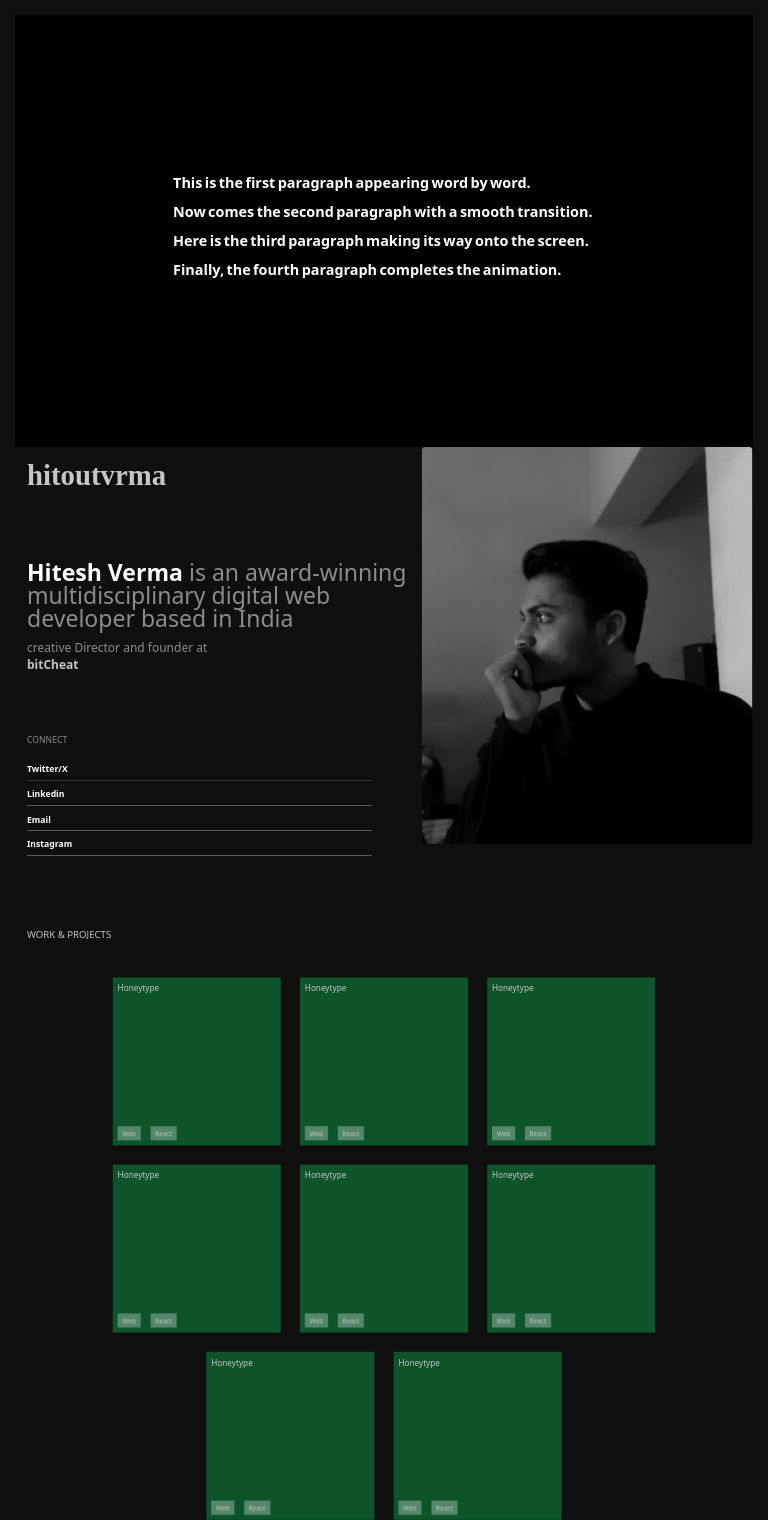
Repository: hitoutvrma/portfolio
Page: /
These files come from the project's save history. The page is drawn as it stood at one moment and after a run of saves; the edit follows.
The browser window is 1280 px wide. The pictures show the whole page, at 60% of full size.
The project was rebuilt for these pictures with package versions that can differ from the ones it lists, and the page was loaded fresh each time. Also part of the build but not shown: vite.config.js.

Above is the page before, as saved 2025-03-08 11:15:03.

### src/index.css
@import "tailwindcss";
body{
    background-color: #0f0f0f;
    color: #c8c6c4;
    padding: 25px;
}

### src/App.jsx
import React from 'react'
import Front from './Components/Front'
import Work from './Components/Work'
import AnimatedParagraph from './Components/AnimatedParagraph'

function App() {
  return (
    <div className=''>
      <AnimatedParagraph/>
      <Front/>
      <Work/>
    </div>
  )
}

export default App

### src/Components/Front.jsx
import React from 'react'
import {animate, hover, motion} from 'framer-motion'
import AnimatedParagraph from './AnimatedParagraph'
function Front() {
  return (
    <div className='sm:h-screen md:h-screen'>
    <div className="sm:flex">
      <div className='hero sm:p-5 sm:text-[3vw] text-[8vw]  sm:w-[53vw]'>
      <logo className='text-4xl sm:text-5xl font-semibold font-[serif]'>hitoutvrma</logo>
        <p className='mt-28 leading-none text-[#8c8c8c]'><span className='text-white font-semibold'>Hitesh Verma</span> is an award-winning multidisciplinary digital web developer based in India</p>

        <div className='text-xl pt-4'>
          <p className='text-[#8c8c8c]'>creative Director and founder at </p>
          <p className='font-semibold'>bitCheat</p>
          {/* <AnimatedParagraph/> */}
        </div>
        <motion.div initial={{opacity:0.1, scaleY:0.5}} animate={{opacity:1, scaleY:1}} transition={{duration:1}} className=' flex sm:text-[2vh] sm:pb-0 pb-12 text-[1.8vh]  sm:pt-25 pt-28 flex-col sm:gap-3 gap-1'>
          <p className='text-[#8c8c8c] pb-4 text-[1.6vh]  sm:text-[2vh]'>CONNECT</p>
          <motion.div
        className="relative w-[90%]  font-bold text-white text-md cursor-pointer"
        initial="initial"
        whileHover="hover"
      >
        <p className='pb-2'>Twitter/X</p>

        {/* Static Gray Line */}
        <div className="absolute left-0 bottom-0 w-full    h-[0.1vh] bg-[#4c4c4c]"></div>

        {/* Animated Green Line */}
        <motion.div
          className="absolute left-0 bottom-0 h-[2px] bg-green-400"
          variants={{
            initial: { width: "0%" },
            hover: { width: "100%" },
            exit: {width: "0%"}
          }}
          transition={{hover: { duration: 2, ease: "easeInOut" },
          exit: { duration: 0.01 } }}
        />
      </motion.div>

      <motion.div
        className="relative w-[90%]  font-bold text-white text-md cursor-pointer"
        initial="initial"
        whileHover="hover"
      >
        <p className='pb-2'>Linkedin</p>

        {/* Static Gray Line */}
        <div className="absolute left-0 bottom-0 w-full    h-[0.1vh] bg-[#8c8c8c]"></div>

        {/* Animated Green Line */}
        <motion.div
          className="absolute left-0 bottom-0 h-[2px] bg-green-400"
          variants={{
            initial: { width: "0%" },
            hover: { width: "100%" },
            exit: {width: "0%"}
          }}
          transition={{hover: { duration: 2, ease: "easeInOut" },
          exit: { duration: 0.01 } }}
        />
      </motion.div>

      <motion.div
        className="relative w-[90%]  font-bold text-white text-md cursor-pointer"
        initial="initial"
        whileHover="hover"
      >
        <p className='pb-2'>Email</p>

        {/* Static Gray Line */}
        <div className="absolute left-0 bottom-0 w-full    h-[0.1vh] bg-[#8c8c8c]"></div>

        {/* Animated Green Line */}
        <motion.div
          className="absolute left-0 bottom-0 h-[2px] bg-green-400"
          variants={{
            initial: { width: "0%" },
            hover: { width: "100%" },
            exit: {width: "0%"}
          }}
          transition={{hover: { duration: 2, ease: "easeInOut" },
          exit: { duration: 0.01 } }}
        />
      </motion.div>

      <motion.div
        className="relative w-[90%]  font-bold text-white text-md cursor-pointer"
        initial="initial"
        whileHover="hover"
      >
        <p className='pb-2'>Instagram</p>

        {/* Static Gray Line */}
        <div className="absolute left-0 bottom-0 w-full    h-[0.1vh] bg-[#8c8c8c]"></div>

        {/* Animated Green Line */}
        <motion.div
          className="absolute left-0 bottom-0 h-[2px] bg-green-400"
          variants={{
            initial: { width: "0%" },
            hover: { width: "100%" },
            exit: {width: "0%"}
          }}
          transition={{hover: { duration: 2, ease: "easeInOut" },
          exit: { duration: 0.01 } }}
        />
      </motion.div>
        </motion.div>
        </div>
        <motion.div initial={{scale:0.6}} transition={{duration:1.5, delay:1}} animate={{scale:1}} style={{ backgroundImage: "url('/user.jpg')" }} className='bg-cover sm:bg-[center_top_60%] bg-[center_top_80%] w-[95%] h-[50vh] sm:w-[43vw] sm:h-[92vh]  bg-[#3a3a3a] rounded-md'>
        </motion.div>
      </div>
        </div>
  )
}

export default Front

### src/Components/Work.jsx
import React from 'react'
import Card from './Card'

function Work() {
  return (
    <div className='h-screen sm:p-5 '>
      <div className='pt-15  pb-15'><p>WORK & PROJECTS</p></div>
      <div className='flex flex-wrap items-center justify-center gap-8'>
        <Card/>
        <Card/>
        <Card/>
        <Card/>
        <Card/>
        <Card/>
        <Card/>
        <Card/>
      </div>
    </div>
  )
}

export default Work

### src/Components/AnimatedParagraph.jsx
import { motion } from "framer-motion";

export default function AnimatedParagraph() {
  const paragraphs = [
    "This is the first paragraph appearing word by word.",
    "Now comes the second paragraph with a smooth transition.",
    "Here is the third paragraph making its way onto the screen.",
    "Finally, the fourth paragraph completes the animation."
  ];

  return (
    <div className="flex justify-center items-center h-screen bg-black text-white p-10 flex-col">
      <motion.div
        initial="hidden"
        animate="visible"
        variants={{
          visible: { transition: { staggerChildren: 1 } }, // Each paragraph appears one after another
        }}
      >
        {paragraphs.map((text, i) => (
          <motion.p
            key={i}
            className="text-2xl font-semibold mb-4"
            variants={{
              hidden: {},
              visible: { transition: { staggerChildren: 0.1 } }, // Words inside appear with delay
            }}
          >
            {text.split(" ").map((word, index) => (
              <motion.span
                key={index}
                className="mr-1 inline-block"
                variants={{
                  hidden: { opacity: 0.05, y: 15 },
                  visible: { opacity: 1, y: 0 },
                }}
                transition={{ duration: 0.4 }}
              >
                {word}
              </motion.span>
            ))}
          </motion.p>
        ))}
      </motion.div>
    </div>
  );
}

### src/Components/Card.jsx
function Card() {
  return (
    <div className="bg-green-900 relative h-90 sm:h-70 sm:w-70 w-90 card">
            <h1 className='p-2 text-[1.9vh]'>Honeytype</h1>
            <footer className='bottom-0  absolute'>
                <button className='m-2 px-2 py-1 backdrop-blur-xl bg-white/30   text-[1.5vh] '>Web</button>
                <button className='m-2 px-2 py-1 backdrop-blur-xl bg-white/30  text-[1.5vh] '>React</button>
                </footer>
        </div>
  )
}

export default Card

Loaded but not shown: index.html (common file); src/main.jsx (common file)

After the next 2 saves:
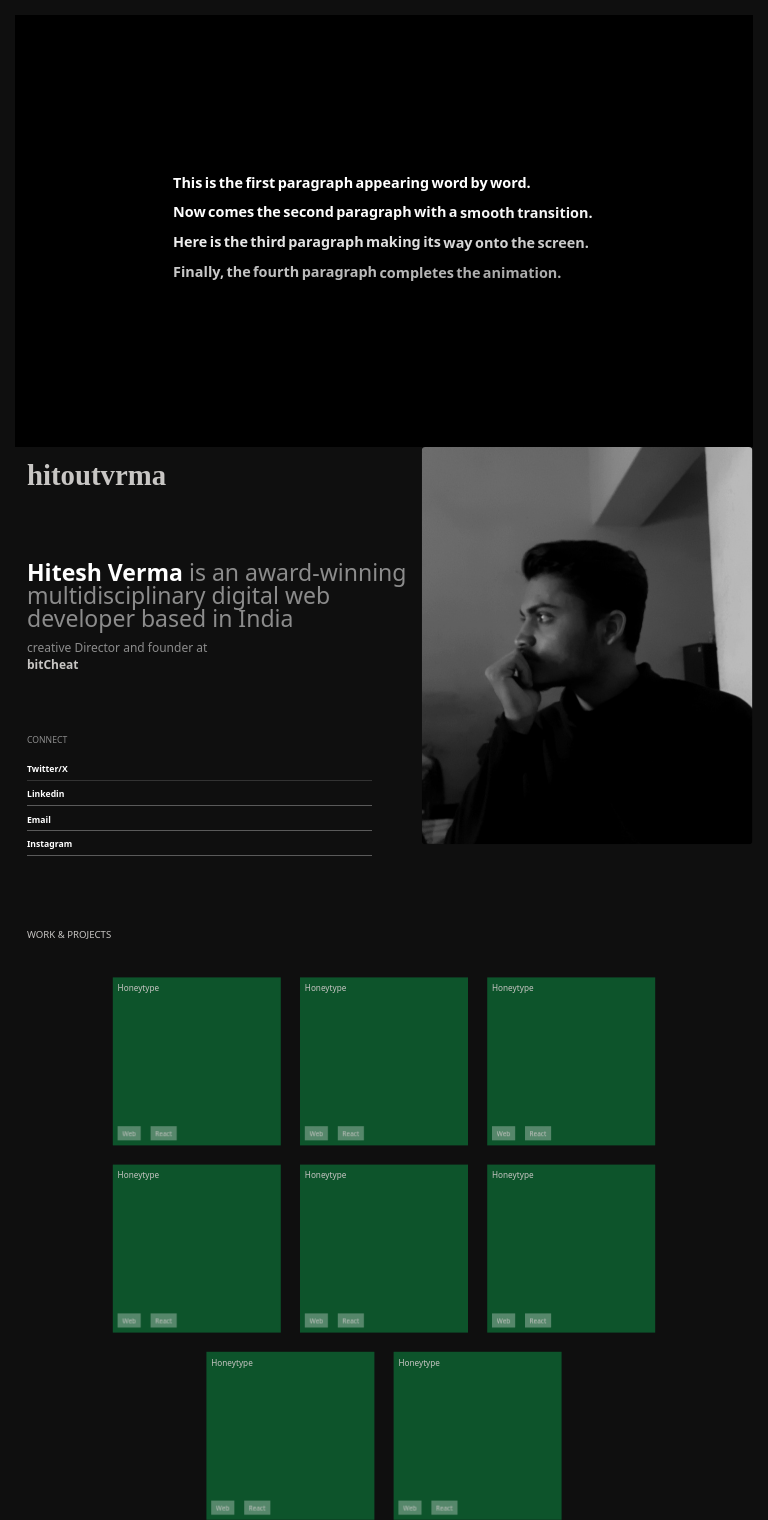
The 2 saves are shown as one change because they came seconds apart.
The last was saved 12 s later.
--- a/src/Components/AnimatedParagraph.jsx
+++ b/src/Components/AnimatedParagraph.jsx
@@ -34,7 +34,7 @@ export default function AnimatedParagraph() {
                   hidden: { opacity: 0.05, y: 15 },
                   visible: { opacity: 1, y: 0 },
                 }}
-                transition={{ duration: 0.4 }}
+                transition={{ duration: 5 }}
               >
                 {word}
               </motion.span>
